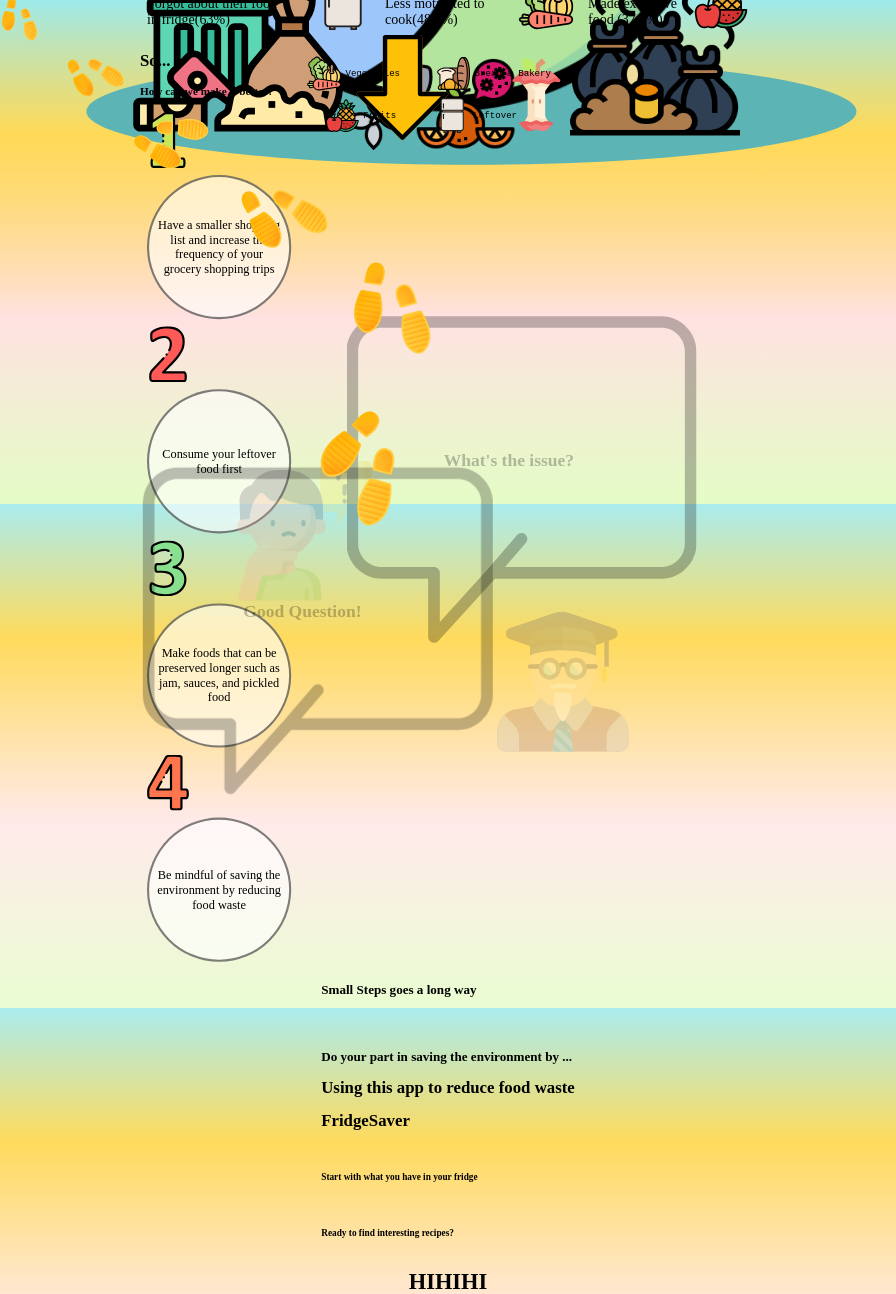
Repository: iorid3/Midterm
Page: index.html
The author's editor kept a copy of each file at every save. The page is drawn from the files as they stood at one save, then again after the next save.
The browser window is 1280 px wide. The pictures show the part of the page from y = 0 to 1920 px (the page is 1849 px tall before and 2863 px after), at 70% of full size.
Pictures or frames that could not be fetched are drawn as grey boxes.

Above is the page before, as saved 2021-03-09 11:08:26.

After the next save:
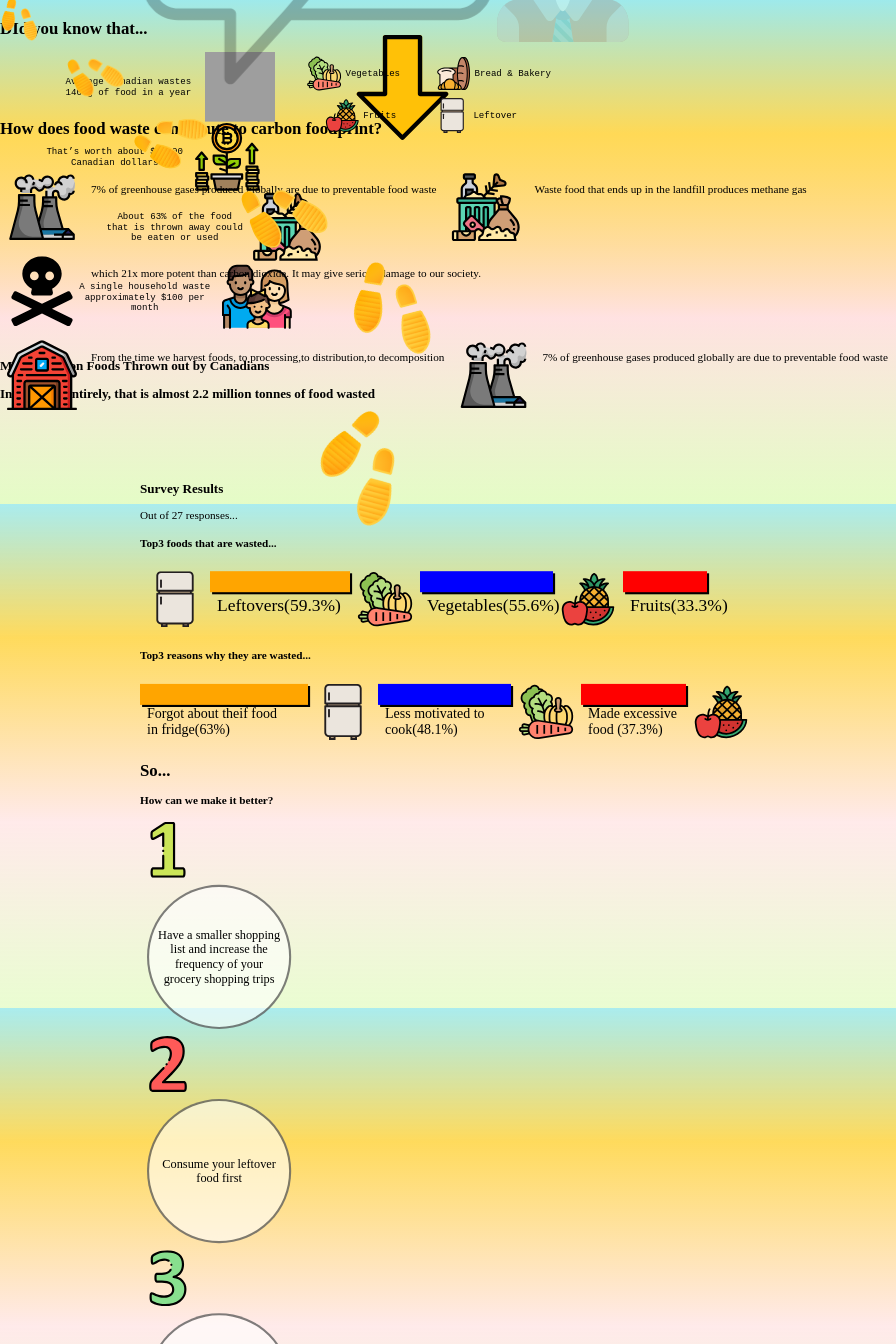
Saved 12 s later.
--- a/index.css
+++ b/index.css
@@ -15,6 +15,7 @@
 .section1{
     width: 100%;
     height:20%
+    flex:1
 
 }
 

After the 3 saves that followed:
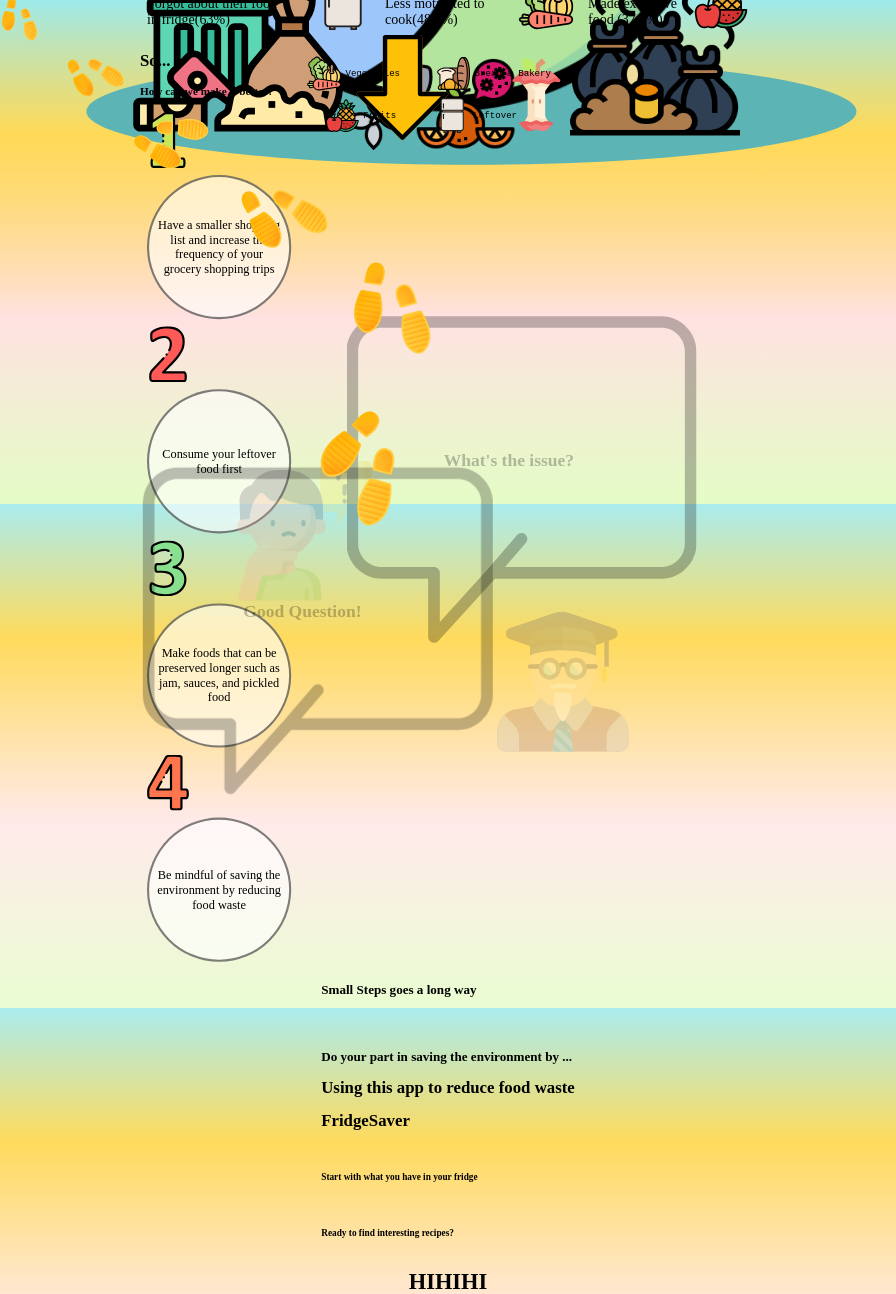
The 3 saves are shown as one change because 2 left the picture as it was.
The last was saved 19 s later.
--- a/index.css
+++ b/index.css
@@ -14,8 +14,8 @@
 
 .section1{
     width: 100%;
-    height:20%
-    flex:1
+    height:20%;
+    flex-grow:1;
 
 }
 
